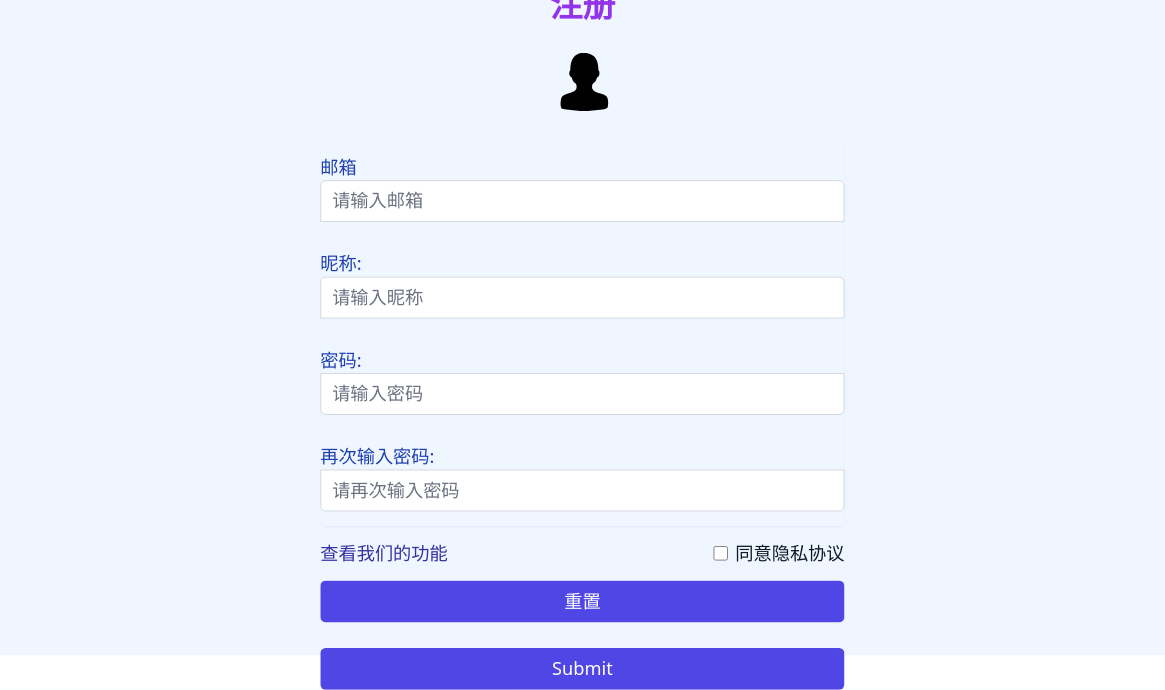
Repository: LiuRuohui/test_the_tailwindcss
Page: /
An editor plug-in stored every save of this project. The page is shown before and after the next save, followed by the edit.
The browser window is 1280 px wide. The pictures show the whole page, at 91% of full size.
The project was rebuilt for these pictures with package versions that can differ from the ones it lists, and the page was loaded fresh each time. Also part of the build but not shown: vite.config.js, src/components/WelcomingPage.vue, src/components/LoginPage.vue, src/components/MainPage.vue, src/components/ForgetPasswd.vue.

Above is the page before, as saved 2022-03-04 21:32:30.

### src/App.vue
<script setup>
import WelcomingPage from "./components/WelcomingPage.vue"
import RegisterPage from "./components/RegisterPage.vue"
import LoginPage from "./components/LoginPage.vue";
import MainPage from "./components/MainPage.vue";
import ForgetPasswd from "./components/ForgetPasswd.vue";
</script>

<template>
<!--<WelcomingPage class="bg-blue-50 page"></WelcomingPage>
<RegisterPage class="bg-blue-50 page"></RegisterPage>
<LoginPage class="bg-blue-50 page"></LoginPage>
<MainPage class="bg-blue-50 page"></MainPage>
<ForgetPasswd class="bg-blue-50 page"></ForgetPasswd> -->
<RegisterPage class="bg-blue-50 page"></RegisterPage>
</template>

<style>
.page{
    height: 100vh;
}
</style>

### src/index.css
@tailwind base;
@tailwind components;
.inputFrame {
    @apply appearance-none rounded-none relative block w-full px-3 py-2 border border-gray-300 placeholder-gray-500 text-gray-900
}

.inputFrame:focus {
    @apply outline-none border-indigo-500 z-10 inline-block px-5 py-3 rounded-lg shadow-lg
}

.btn {
    @apply relative flex w-full justify-center py-2 border border-transparent font-medium rounded-md text-white bg-indigo-600
}

.btn:hover {
    @apply bg-indigo-700
}

.btn:focus {
    @apply outline-none ring-2 ring-offset-2 ring-indigo-500
}

@tailwind utilities;
@layer components {
    .card {
        background-color: theme('colors.blue.500');
        border-radius: theme('borderRadius.lg');
        padding: theme('spacing.6');
        box-shadow: theme('boxShadow.xl');
    }
    /* ... */
}

### src/components/RegisterPage.vue
<template>
<div class="flex items-center justify-center py-12 px-4 sm:px-6 lg:px-8c">
    <div class="sm:max-w-xl sm:object-center sm:object-cover w-full space-y-8">
        <div>
            <h2 class="mt-6 text-center sm:text-4xl font-extrabold text-purple-600">注册</h2>
        </div>
        <div>
            <img class="h-16 w-1/2 mx-auto" src="../assets/用户.svg" alt="这里有一张图片">
        </div>
    <form class="mt-8 space-y-4" action="#" method="POST">
      <div class="rounded-md shadow-sm sm:text-xl">
        <div class="py-4 text-blue-800">
          <label for="email-address">邮箱</label>
          <input id="email-address" name="email" type="email" autocomplete="email" required class="inputFrame rounded-t-md  sm:text-xl" placeholder="请输入邮箱">
        </div>
        <div class="py-4 text-blue-800">
          <label for="name">昵称:</label>
          <input id="name" name="name" type="name" autocomplete="name" required class="inputFrame rounded-t-md  sm:text-xl" placeholder="请输入昵称">
        </div>
        <div class="py-4 text-blue-800">
          <label for="passwd">密码:</label>
          <input id="passwd" name="passwd" type="password" autocomplete="current-password" required class="inputFrame rounded-b-md  sm:text-xl" placeholder="请输入密码">
        </div>
        <div class="py-4 text-blue-800">
          <label for="passwd">再次输入密码:</label>
          <input id="passwd" name="passwd" type="password" autocomplete="current-password" required class="inputFrame rounded-b-md sm:text-xl" placeholder="请再次输入密码">
        </div>
      </div>

      <div class="flex items-center justify-between">
        <div class="text-sm sm:text-xl">
          <a href="#" class="font-medium text-indigo-800 hover:text-indigo-500" @click="seeFunctions"> 查看我们的功能 </a>
        </div>
        <div class="flex items-center">
          <input id="remember-me" name="remember-me" type="checkbox" class="h-4 w-4 text-indigo-600 focus:ring-indigo-500 border-gray-300 rounded">
          <label for="remember-me" class="ml-2 block sm:text-xl text-gray-900"> 同意隐私协议 </label>
        </div>
      </div>
      <div class="sm:text-xl sm:mt-8">
        <input value="重置" type="reset" @click="reset" class="btn group sm:text-xl text-center">
        <br>
        <input @click="submit" type="submit" class="btn group sm:text-xl">
      </div>
    </form>
    </div>
</div>
</template>

<script setup>

function seeFunctions(){
  alert("See functions")
}

function reset() {
  var confirmation = confirm('确定要重置数据吗？')
  if(confirmation == true){
    alert('你表单没了')
  }
  else{
    alert('你表单还是没了')
  }
}

function submit() {
  alert('提交数据注册 注册成功返回警示框 注册失败返回原因')
}

</script>

### tailwind.config.js
module.exports = {
    content: [
        "./index.html",
        "./src/**/*.{vue,js,ts,jsx,tsx}",
    ],
    theme: {
        extend: {},
    },
    variants: {
        backgroundColor: ['responsive', 'hover', 'focus', 'active']
    },
    plugins: [],
}

### src/components/HelloWorld.vue
<script setup>
</script>

<template>
<h1 class="text-4xl font-bold text-red-500 text-center">Hello World!</h1>
<div class="min-h-full flex items-center justify-center py-12 px-4 sm:px-6 lg:px-8">
  <div class="max-w-md w-full space-y-8">
    <div>
      <h2 class="mt-6 text-center text-3xl font-extrabold text-gray-900">Login</h2>
    </div>
    <form class="mt-8 space-y-6" action="#" method="POST">
      <input type="hidden" name="remember" value="true">
      <div class="rounded-md shadow-sm -space-y-px">
        <div>
          <label for="email-address" class="sr-only ">Account</label>
          <input id="email-address" name="email" type="email" autocomplete="email" required class="appearance-none rounded-none relative block w-full px-3 py-2 border border-gray-300 placeholder-gray-500 text-gray-900 rounded-t-md focus:outline-none focus:ring-indigo-500 focus:border-indigo-500 focus:z-10 sm:text-sm" placeholder="Please input your account">
        </div>
        <div>
          <label for="password" class="sr-only">Password</label>
          <input id="password" name="password" type="password" autocomplete="current-password" required class="appearance-none rounded-none relative block w-full px-3 py-2 border border-gray-300 placeholder-gray-500 text-gray-900 rounded-b-md focus:outline-none focus:ring-indigo-500 focus:border-indigo-500 focus:z-10 sm:text-sm" placeholder="Password">
        </div>
      </div>

      <div class="flex items-center justify-between">
        <div class="flex items-center">
          <input id="remember-me" name="remember-me" type="checkbox" class="h-4 w-4 text-indigo-600 focus:ring-indigo-500 border-gray-300 rounded">
          <label for="remember-me" class="ml-2 block text-sm text-gray-900"> Remember me </label>
        </div>

        <div class="text-sm">
          <a href="#" class="font-medium text-indigo-600 hover:text-indigo-500"> Forgot your password? </a>
        </div>
      </div>

      <div>
        <button type="submit" class="group relative w-full flex justify-center py-2 px-4 border border-transparent text-sm font-medium rounded-md text-white bg-indigo-600 hover:bg-indigo-700 focus:outline-none focus:ring-2 focus:ring-offset-2 focus:ring-indigo-500">
          <span class="absolute left-0 inset-y-0 flex items-center pl-3">
          </span>
          LOGIN
        </button>
      </div>
    </form>
  </div>
</div>
</template>

Loaded but not shown: index.html (common file); src/main.js (common file)

After the next save:
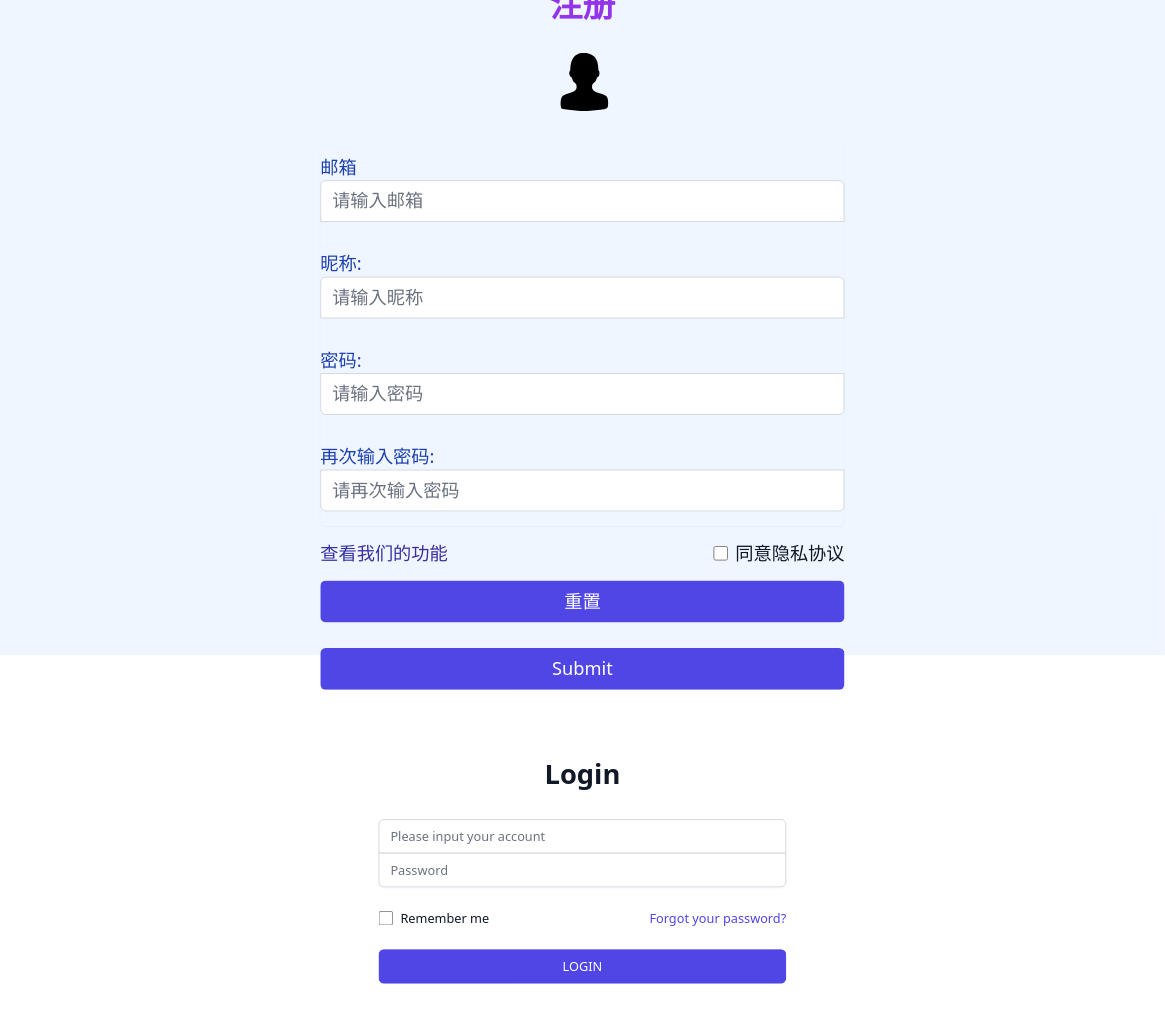
Saved 39 s later.
--- a/src/App.vue
+++ b/src/App.vue
@@ -4,6 +4,7 @@
 import LoginPage from "./components/LoginPage.vue";
 import MainPage from "./components/MainPage.vue";
 import ForgetPasswd from "./components/ForgetPasswd.vue";
+import HelloWorld from "./components/HelloWorld.vue";
 </script>
 
 <template>
@@ -13,6 +14,7 @@
 <MainPage class="bg-blue-50 page"></MainPage>
 <ForgetPasswd class="bg-blue-50 page"></ForgetPasswd> -->
 <RegisterPage class="bg-blue-50 page"></RegisterPage>
+<HelloWorld></HelloWorld>
 </template>
 
 <style>

After the save that followed:
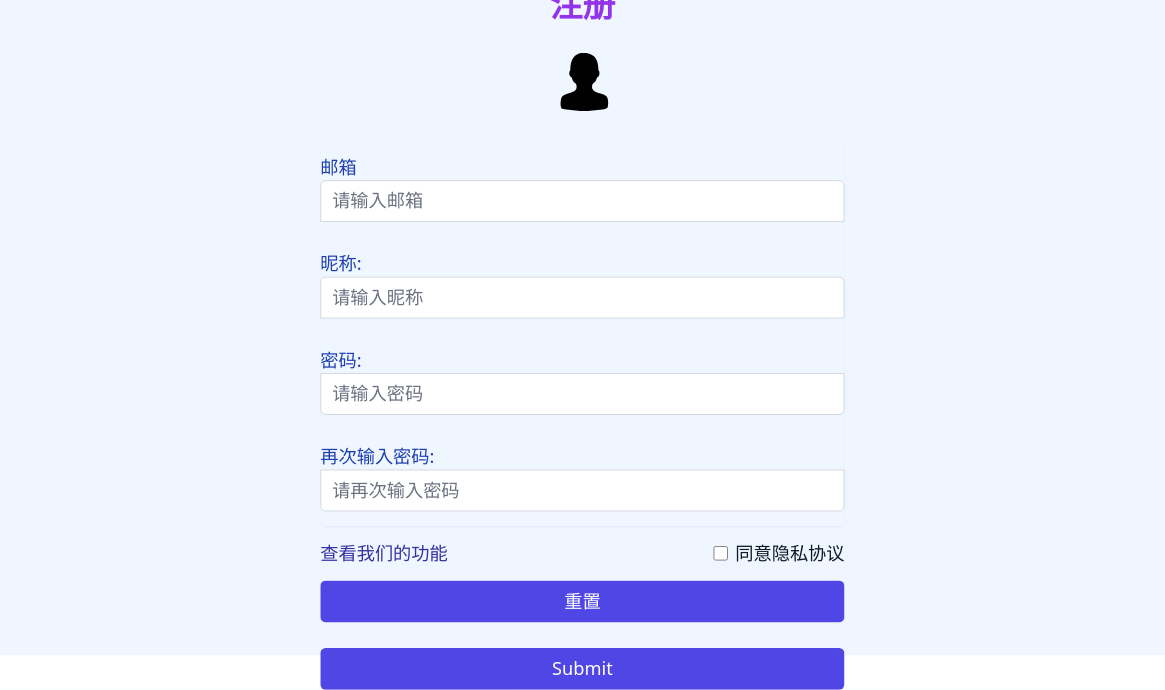
Saved 14 s later.
--- a/src/App.vue
+++ b/src/App.vue
@@ -14,7 +14,6 @@
 <MainPage class="bg-blue-50 page"></MainPage>
 <ForgetPasswd class="bg-blue-50 page"></ForgetPasswd> -->
 <RegisterPage class="bg-blue-50 page"></RegisterPage>
-<HelloWorld></HelloWorld>
 </template>
 
 <style>
